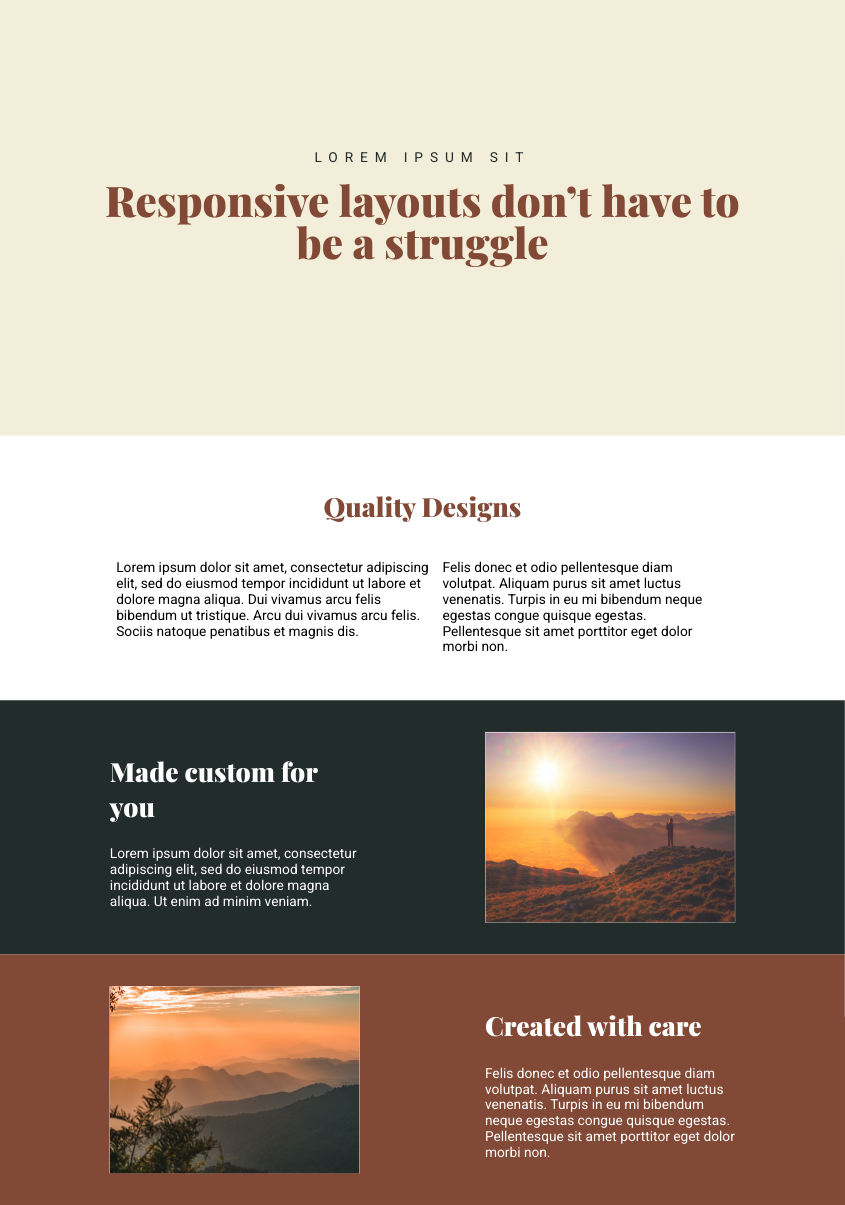
Repository: GregG21/Kevin-Powell-21-day-challange
Page: Day 12/index.html
An editor plug-in stored every save of this project. The page is shown before and after the next save, followed by the edit.
The browser window is 1280 px wide. The pictures show the whole page, at 66% of full size.
The style sheet was rebuilt from its Sass, Less or Tailwind sources for each picture, by a compiler version that may differ from the author's.

Above is the page before, as saved 2020-09-12 09:02:03.

After the next save:
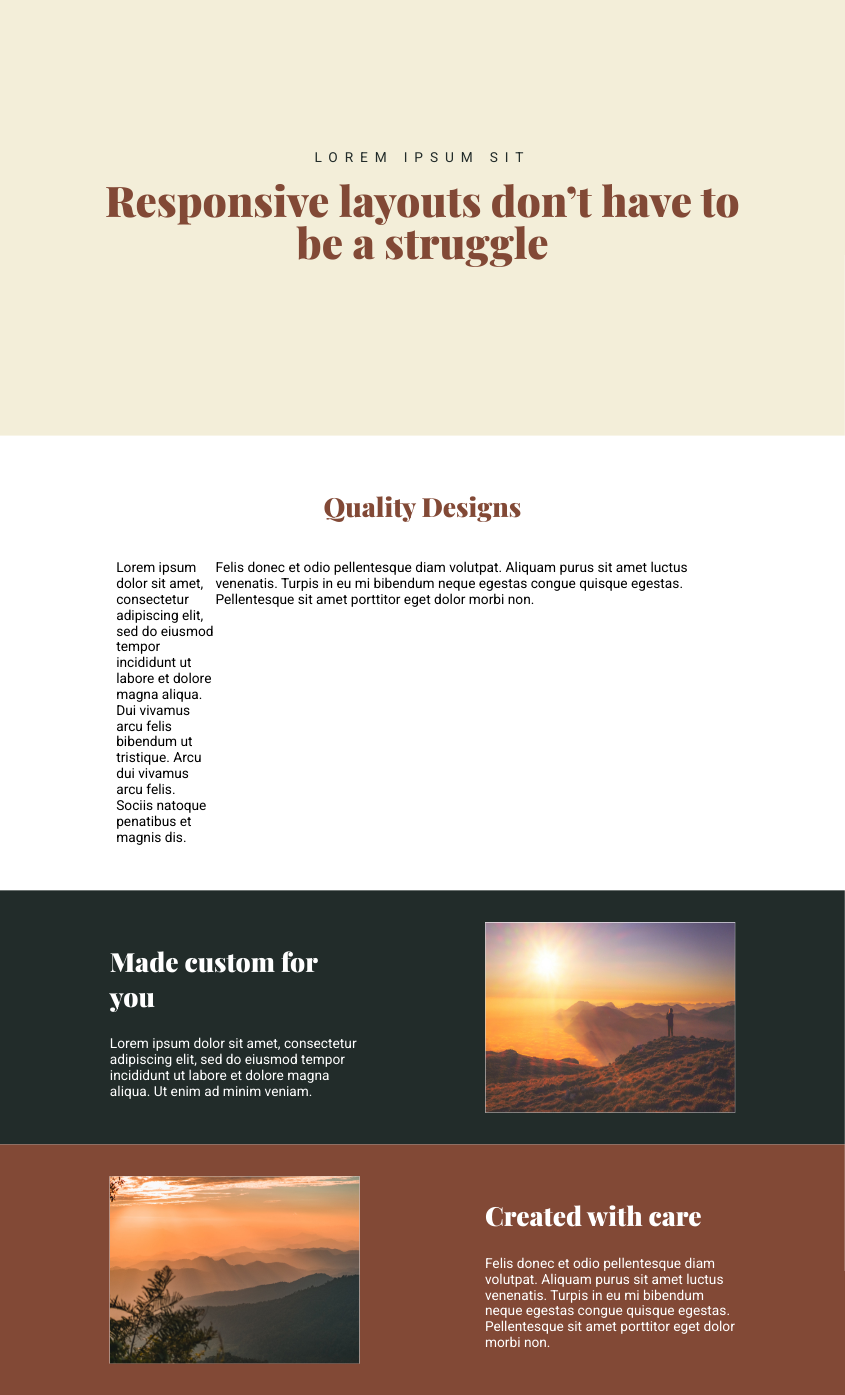
Saved 24 s later.
--- a/Day 12/index.html
+++ b/Day 12/index.html
@@ -24,7 +24,8 @@
       <section class="container section__one">
         <h2 class="section__title display-flex">Quality Designs</h2>
 
-          <div class="display-flex"><p>
+          <div class="display-flex">
+              <p class="section__text">
           Lorem ipsum dolor sit amet, consectetur adipiscing elit, sed do
           eiusmod tempor incididunt ut labore et dolore magna aliqua. Dui
           vivamus arcu felis bibendum ut tristique. Arcu dui vivamus arcu
